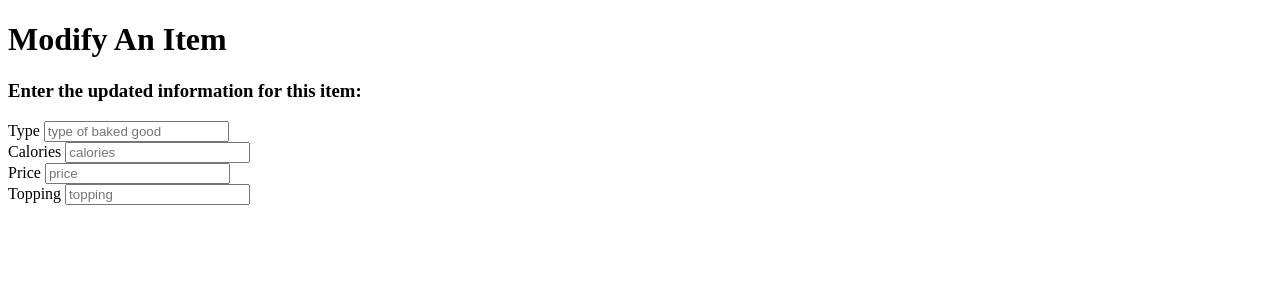
Repository: BillKratzIII/week5Project
Page: http://localhost/bakery/updateDB.jsp
An editor plug-in stored every save of this project. The page is shown before and after the next save, followed by the edit.
The browser window is 1280 px wide. The pictures show the whole page.
The page is served by Tomcat 9.

Above is the page before, as saved 2016-09-02 18:05:28.

After the next save:
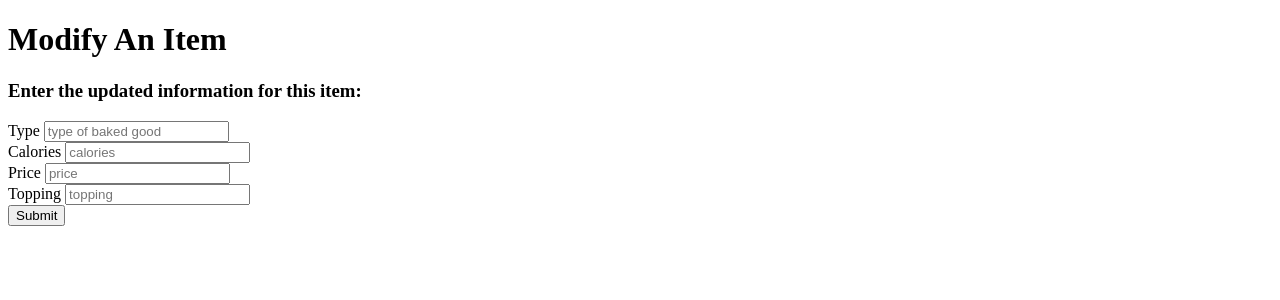
Saved 8 s later.
--- a/bakery/src/main/webapp/updateDB.jsp
+++ b/bakery/src/main/webapp/updateDB.jsp
@@ -32,6 +32,8 @@
 					name="topping" class="form-control" id="topping"
 					placeholder="topping">
 			</div>
+			<button type="submit" value="Submit" class="btn btn-default">Submit</button>
+			<p></p>
 		</form>
 	</div>
 </body>
